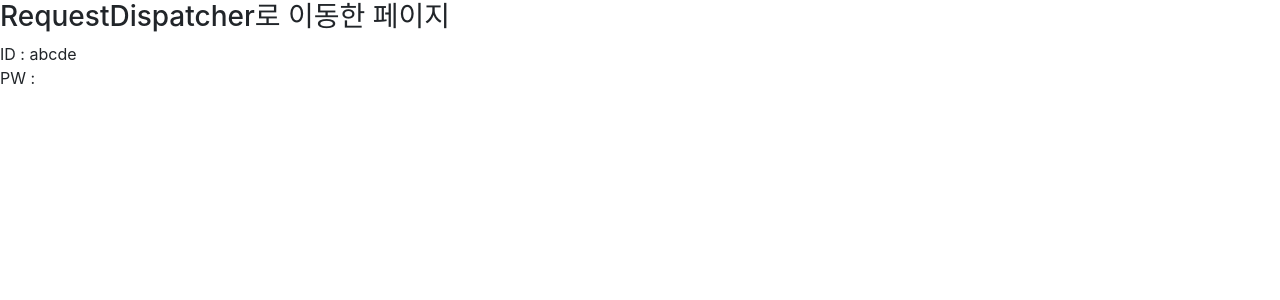
Repository: rasz60/ezen
Page: http://localhost/jsp_servlet_23_ex01/DEx
The author's editor kept a copy of each file at every save. The page is drawn from the files as they stood at one save, then again after the next save.
The browser window is 1280 px wide. The pictures show the whole page.
Some web libraries are served in a nearby version. The page is served by Tomcat 9.

Above is the page before, as saved 2022-02-14 05:39:35.

### 04_jsp_servlet-workspace/jsp_servlet_23_ex01/src/main/webapp/dispatcherJSP.jsp
<%@ page language="java" contentType="text/html; charset=UTF-8"
    pageEncoding="UTF-8"%>
<%@ taglib prefix="c" uri="http://java.sun.com/jsp/jstl/core" %>
<%@ taglib prefix="fmt" uri="http://java.sun.com/jsp/jstl/fmt" %>
<%@ taglib prefix="sql" uri="http://java.sun.com/jsp/jstl/sql" %>
<%@ taglib prefix="x" uri="http://java.sun.com/jsp/jstl/xml" %>
<%@ taglib prefix="fn" uri="http://java.sun.com/jsp/jstl/functions" %>

<!DOCTYPE html>
<html lang="ko">
<head>
<meta charset="UTF-8">
<meta name="viewport" content="width=device-width, initial-scale=1">
<link rel="stylesheet" href="https://cdn.jsdelivr.net/npm/bootstrap@4.6.1/dist/css/bootstrap.min.css">
<link rel="stylesheet" href="https://pro.fontawesome.com/releases/v5.10.0/css/all.css"
	  integrity="sha384-AYmEC3Yw5cVb3ZcuHtOA93w35dYTsvhLPVnYs9eStHfGJvOvKxVfELGroGkvsg+p"
	  crossorigin="anonymous"/>
<script src="https://ajax.googleapis.com/ajax/libs/jquery/3.5.1/jquery.min.js"></script>
<script src="https://cdn.jsdelivr.net/npm/popper.js@1.16.1/dist/umd/popper.min.js"></script>
<script src="https://cdn.jsdelivr.net/npm/bootstrap@4.6.1/dist/js/bootstrap.bundle.min.js"></script>
<title>Request Dispatcher Foward 사용</title>
</head>

<body>

<h3>RequestDispatcher로 이동한 페이지</h3>
ID : <%= request.getAttribute("id")%><br />
PW : ${request.getAttribute("pwd")}<br />
</body>
</html>

### 04_jsp_servlet-workspace/jsp_servlet_23_ex01/src/main/java/com/wvwv/ch26_ex01/DispatcherEx.java
package com.wvwv.ch26_ex01;

import java.io.IOException;

import javax.servlet.RequestDispatcher;
import javax.servlet.ServletException;
import javax.servlet.annotation.WebServlet;
import javax.servlet.http.HttpServlet;
import javax.servlet.http.HttpServletRequest;
import javax.servlet.http.HttpServletResponse;

/**
 * Servlet implementation class DispatcherEx
 */
@WebServlet("/DEx")
public class DispatcherEx extends HttpServlet {
	private static final long serialVersionUID = 1L;

    /**
     * @see HttpServlet#HttpServlet()
     */
    public DispatcherEx() {
        super();
    }

	/**
	 * @see HttpServlet#doGet(HttpServletRequest request, HttpServletResponse response)
	 */
	protected void doGet(HttpServletRequest request, HttpServletResponse response) throws ServletException, IOException {
		System.out.println("doGet()");
		actionDo(request, response);
	}

	/**
	 * @see HttpServlet#doPost(HttpServletRequest request, HttpServletResponse response)
	 */
	protected void doPost(HttpServletRequest request, HttpServletResponse response) throws ServletException, IOException {
		doGet(request, response);
	}

	protected void actionDo(HttpServletRequest request, HttpServletResponse response) throws ServletException, IOException {
		System.out.println("actionDo()");
		request.setAttribute("id", "abcde");
		request.setAttribute("pwd", "12345");

		// RequestDispatcher 객체에 이동할 페이지의 url를 입력
		RequestDispatcher dispatcher = request.getRequestDispatcher("/dispatcherJSP.jsp");

		// getRequestDispatcher()로 지정한 url로 request, response 객체 값을 가지고 이동하기 때문에, 이동한 페이지에서 추가한 속성을(setAttribute()) 사용할 수 있다.
		dispatcher.forward(request, response);
	}

}

After the next save:
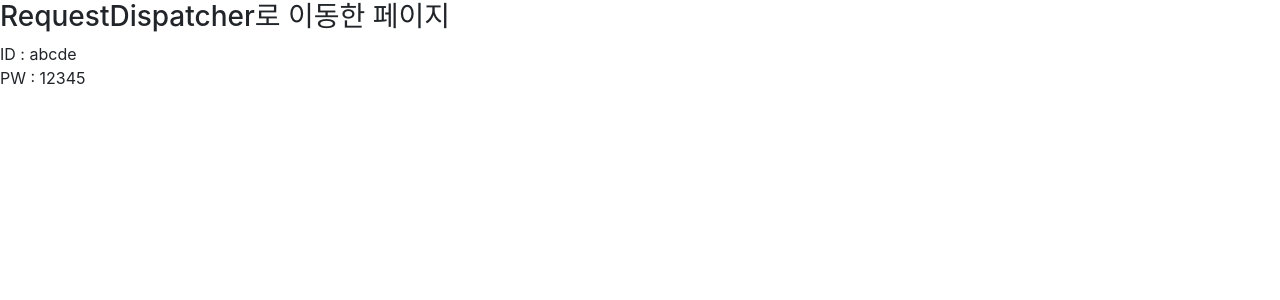
Saved 11 s later.
--- a/04_jsp_servlet-workspace/jsp_servlet_23_ex01/src/main/webapp/dispatcherJSP.jsp
+++ b/04_jsp_servlet-workspace/jsp_servlet_23_ex01/src/main/webapp/dispatcherJSP.jsp
@@ -25,6 +25,6 @@
 
 <h3>RequestDispatcher로 이동한 페이지</h3>
 ID : <%= request.getAttribute("id")%><br />
-PW : ${request.getAttribute("pwd")}<br />
+PW : <%= request.getAttribute("pwd")%><br />
 </body>
 </html>
